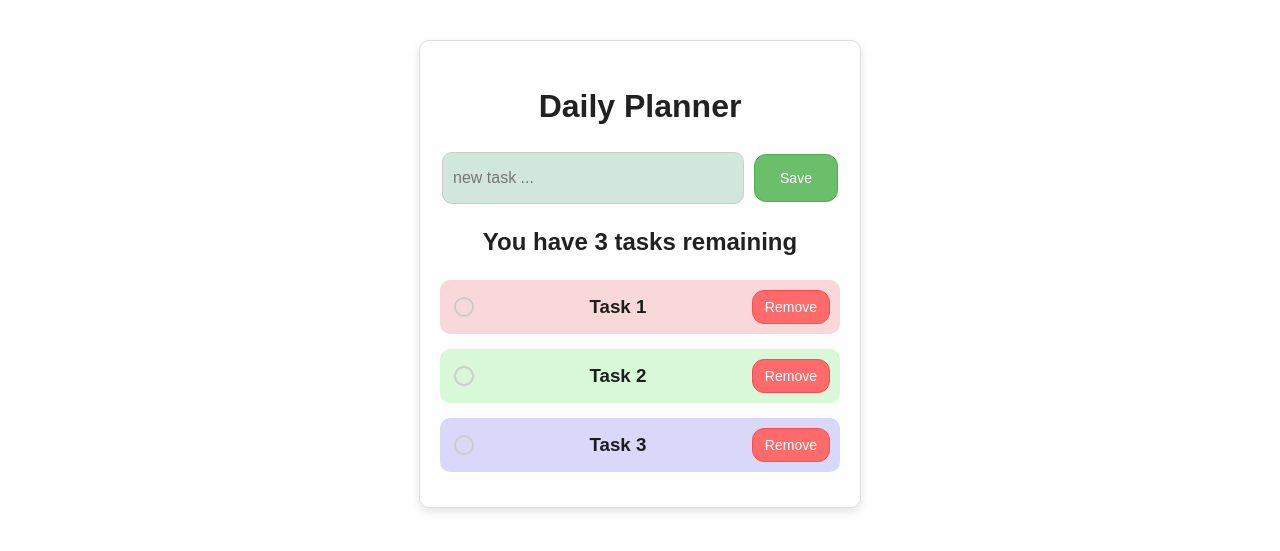
Repository: Zalida-Khan/Frontend-Lab4
Page: /
The author's editor kept a copy of each file at every save. The page is drawn from the files as they stood at one save, then again after the next save.
The browser window is 1280 px wide. The pictures show the whole page.
The project was rebuilt for these pictures with package versions that can differ from the ones it lists, and the page was loaded fresh each time. Also part of the build but not shown: vite.config.js.

Above is the page before, as saved 2024-10-22 00:18:36.

### index.html
<!doctype html>
<html lang="en">

<head>
  <meta charset="UTF-8" />
  <link rel="icon" type="image/svg+xml" href="/vite.svg" />
  <meta name="viewport" content="width=device-width, initial-scale=1.0" />
  <title>Day Planner</title>
</head>

<body>
  <div id="root"></div>
  <script type="module" src="/src/main.jsx"></script>
</body>

</html>

### src/App.jsx
import "./App.css";
import React, { useState } from "react";
import Task from "./components/Task";
import TaskForm from "./components/TaskForm";

function App() {
  const [tasks, setTasks] = useState([
    { id: 1, text: "Task 1", completed: false },
    { id: 2, text: "Task 2", completed: false },
    { id: 3, text: "Task 3", completed: false },
  ]);

  const addTask = (text) =>
    setTasks([...tasks, { id: Date.now(), text, completed: false }]);

  const toggleTask = (id) =>
    setTasks(
      tasks.map((task) =>
        task.id === id ? { ...task, completed: !task.completed } : task
      )
    );

  const removeTask = (id) => setTasks(tasks.filter((task) => task.id !== id));

  const remainingTasks = tasks.filter((task) => !task.completed).length;

  return (
    <div className="app">
      <header>
        <h1>Daily Planner</h1>
      </header>
      <TaskForm addTask={addTask} />
      <h2>You have {remainingTasks} tasks remaining</h2>
      <div className="task-list">
        {tasks.map((task) => (
          <Task
            key={task.id}
            task={task}
            toggleTask={toggleTask}
            removeTask={removeTask}
          />
        ))}
      </div>
    </div>
  );
}

export default App;

### src/index.css
:root {
  font-family: Inter, system-ui, Avenir, Helvetica, Arial, sans-serif;
  line-height: 1.5;
  font-weight: 400;

  color-scheme: light dark;
  color: rgba(0, 0, 0, 0.87);
  background-color: #fefefe;

  font-synthesis: none;
  text-rendering: optimizeLegibility;
  -webkit-font-smoothing: antialiased;
  -moz-osx-font-smoothing: grayscale;
}

### src/App.css
#root {
  max-width: 1280px;
  margin: 0 auto;
  padding: 2rem;
  text-align: center;
}

.app {
  width: 400px;
  margin: 0 auto;
  padding: 20px;
  font-family: Arial, sans-serif;
  border: 1px solid #ddd;
  border-radius: 10px;
  box-shadow: 0 4px 10px rgba(0, 0, 0, 0.1);
}

.task-list {
  margin-top: 20px;
}

.task {
  display: flex;
  align-items: center;
  justify-content: space-between;
  margin-bottom: 15px;
  padding: 10px;
  border-radius: 10px;
  background-color: #f9f9f9;
}

.task:nth-child(1) {
  background-color: #f8d8d9;
}

.task:nth-child(2) {
  background-color: #d8f8d8;
}

.task:nth-child(3) {
  background-color: #d9d8f8;
}

.task:nth-child(4) {
  background-color: #f8e1d8;
}

.task h3 {
  margin: 0;
  flex-grow: 1;
  text-decoration: none;
}

.task.completed h3 {
  text-decoration: line-through;
}

.checkmark {
  appearance: none;
  width: 20px;
  height: 20px;
  border-radius: 50%;
  border: 2px solid #ccc;
  background-color: transparent;
  display: flex;
  align-items: center;
  justify-content: center;
  cursor: pointer;
  margin-right: 10px;
}

.checkmark:checked {
  background-color: #d1e7dd;
  border: 2px solid #198754;
}

.checkmark:checked::after {
  content: '✓';
  color: white;
}

.delete-btn {
  padding: 8px 12px;
  border-radius: 12px;
  background-color: #ff6b6b;
  border: 1px solid #ff4c4c;
  color: white;
  cursor: pointer;
  font-size: 14px;
  transition: background-color 0.3s, transform 0.2s;
}

.delete-btn:hover {
  background-color: #ff4c4c;
  transform: scale(1.05);
}

.save-btn {
  padding: 15px 25px;
  border-radius: 12px;
  background-color: #6bbf6b;
  border: 1px solid #4cae4c;
  color: white;
  cursor: pointer;
  font-size: 14px;
  transition: background-color 0.3s, transform 0.2s;
}

.save-btn:hover {
  background-color: #4cae4c;
  transform: scale(1.05);
}

.input-field {
  width: 70%;
  height: 30px;
  padding: 10px;
  border-radius: 10px;
  background-color:#d1e7dd;
  margin-right: 10px;
  border: 1px solid #ccc;
  font-size: 16px;
  outline: none;
  transition: border-color 0.3s;
}

.input-field:focus {
  border-color: #198754;
}

### src/components/Task.jsx
import React from 'react';

function Task({ task, toggleTask, removeTask }) {
  return (
    <div className={`task ${task.completed ? 'completed' : ''}`}>
      <input className="checkmark" type="checkbox" checked={task.completed} onChange={() => toggleTask(task.id)} />
      <h3>{task.text}</h3>
      <button className="delete-btn" onClick={() => removeTask(task.id)}>Remove</button>
    </div>
  );
}

export default Task;

### src/components/TaskForm.jsx
import React, { useState } from 'react';

function TaskForm({ addTask }) {
  const [text, setText] = useState('');

  const handleSubmit = (e) => {
    e.preventDefault();
    if (text.trim()) {
      addTask(text);
      setText('');
    }
  };

  return (
    <form onSubmit={handleSubmit}>
      <input className="input-field" type="text" value={text} onChange={(e) => setText(e.target.value)} placeholder="new task ..." />
      <button className="save-btn" type="submit">Save</button>
    </form>
  );
}

export default TaskForm;

Loaded but not shown: src/main.jsx (common file)

After the next save:
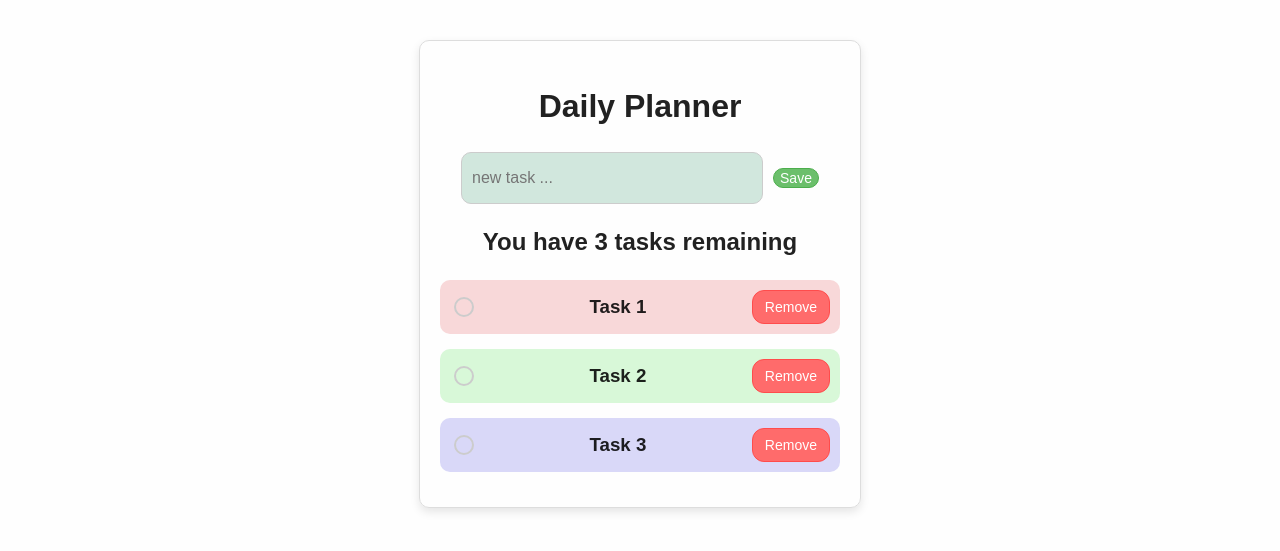
Saved 30 s later.
--- a/src/App.css
+++ b/src/App.css
@@ -95,8 +95,7 @@
   transform: scale(1.05);
 }
 
-.save-btn {
-  padding: 15px 25px;
+.save-btn {HYpx;
   border-radius: 12px;
   background-color: #6bbf6b;
   border: 1px solid #4cae4c;

After the save that followed:
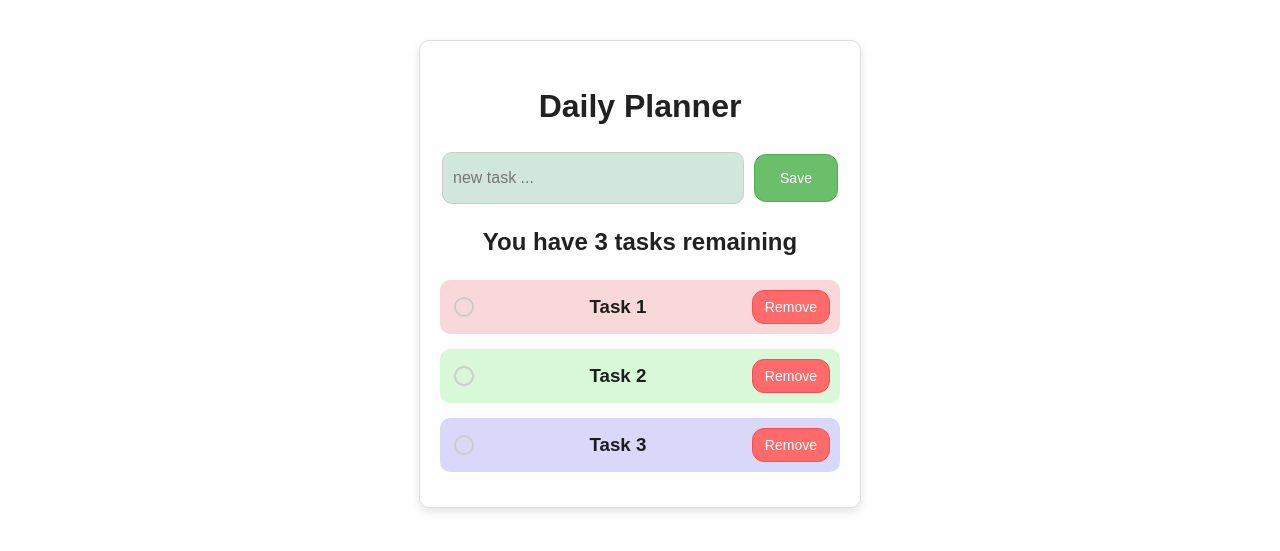
Saved 29 s later.
--- a/src/App.css
+++ b/src/App.css
@@ -95,7 +95,8 @@
   transform: scale(1.05);
 }
 
-.save-btn {HYpx;
+.save-btn {
+  padding: 15px 25px;
   border-radius: 12px;
   background-color: #6bbf6b;
   border: 1px solid #4cae4c;
